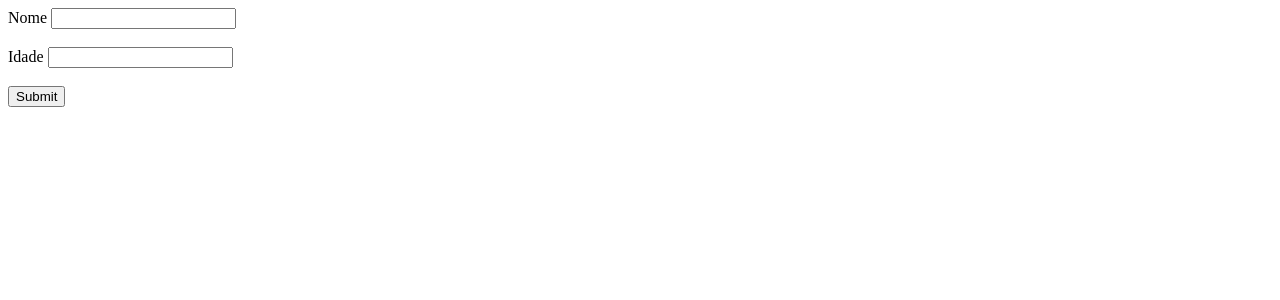
Repository: Deivisoons/spring
Page: http://localhost/Projeto_JSP/Formulario.jsp
The author's editor kept a copy of each file at every save. The page is drawn from the files as they stood at one save, then again after the next save.
The browser window is 1280 px wide. The pictures show the whole page.
The page is served by Tomcat 9.

Above is the page before, as saved 2020-02-08 16:38:34.

### Projeto JSP/WebContent/Formulario.jsp
<%@ page language="java" contentType="text/html; charset=ISO-8859-1"
    pageEncoding="ISO-8859-1"%>
<!DOCTYPE html>
<html>
<head>
<meta charset="ISO-8859-1">
<title>Testando Get e Post</title>
</head>
<body>
<form action="receber.jsp">

<label>Nome</label>
<input type="text" name="nome">
<br><br>
<label>Idade</label>
<input type="number" name="idade">
<br><br>
<input type="submit">
</form>

</body>
</html>

After the next save:
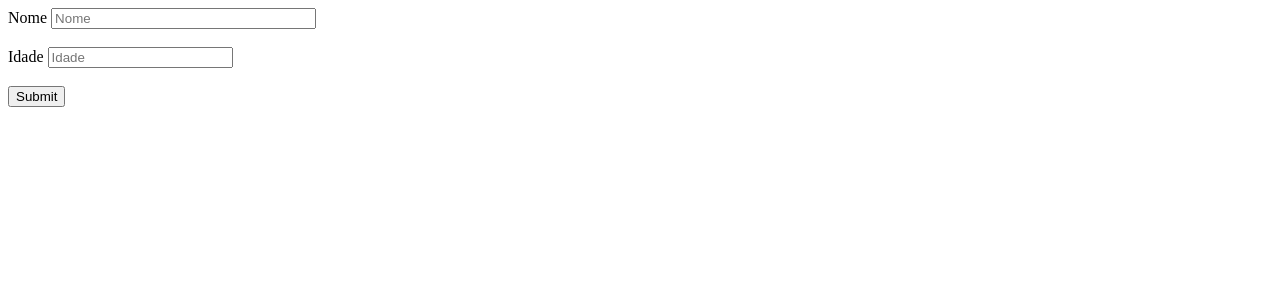
Saved 8 min 28 s later.
--- a/Projeto JSP/WebContent/Formulario.jsp
+++ b/Projeto JSP/WebContent/Formulario.jsp
@@ -10,10 +10,10 @@
 <form action="receber.jsp">
 
 <label>Nome</label>
-<input type="text" name="nome">
+<input type="text" name="nome" size="30" placeholder="Nome">
 <br><br>
 <label>Idade</label>
-<input type="number" name="idade">
+<input type="number" name="idade" size="30" placeholder="Idade">
 <br><br>
 <input type="submit">
 </form>
